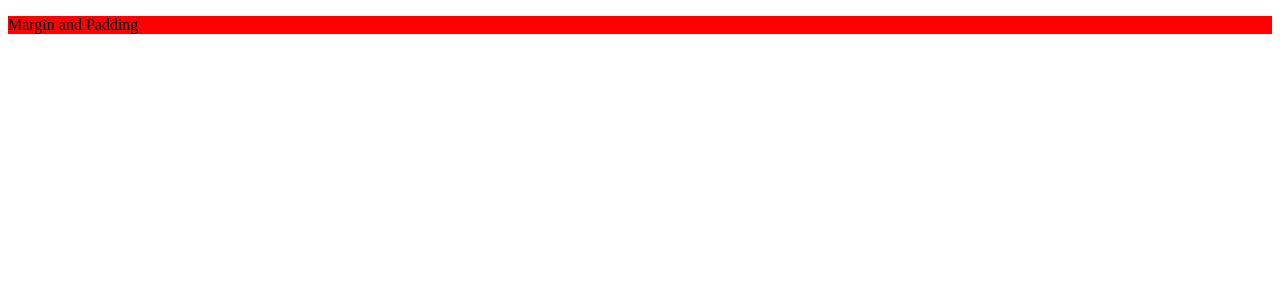
Repository: ntu34543/cut-landing-page-Figma
Page: home.html
An editor plug-in stored every save of this project. The page is shown before and after the next save, followed by the edit.
The browser window is 1280 px wide. The pictures show the whole page.

Above is the page before, as saved 2022-09-12 22:30:59.

### home.html
<!DOCTYPE html>
<html lang="en">

<head>
    <meta charset="UTF-8">
    <meta http-equiv="X-UA-Compatible" content="IE=edge">
    <meta name="viewport" content="width=device-width, initial-scale=1.0">
    <title>Document</title>
    <script type="module"
        src="https://unpkg.com/ionicons@5.5.2/dist/ionicons/ionicons.esm.js"></script>
    <script nomodule src="https://unpkg.com/ionicons@5.5.2/dist/ionicons/ionicons.js"></script>
    <style>
        .div1 {
            background-color: red;
            width: 200px;
            height: 200px;
            /* display: flex;
            align-items: center; */
        }

        .div2 {
            background-color: yellow;
            width: 100px;
            height: 100px;
            /* display: flex;
            align-items: center; */
        }

        .div3 {
            background-color: blue;
            width: 100px;
            height: 100px;
        }

        .div4 {
            background-color: pink;
            width: 50px;
            height: 50px;
            display: flex;
            align-items: center;
        }

        .div5 {
            background-color: black;
            width: 50px;
            height: 50px;
        }

        .div6 {
            background-color: red;
            width: 30px;
            height: 30px;
            display: flex;
            justify-content: center;
            align-items: center;
        }

        .div7 {
            background-color: black;
            width: 30px;
            height: 30px;
        }

        .div8 {
            background-color: white;
            width: 10px;
            height: 10px;
        }

        .div9 {
            background-color: purple;
            width: 10px;
            height: 10px;
        }

        .p {
            /* margin: 113px; */
            box-sizing: border-box;
            padding: 53px;
            background-color: red;
            width: 150px;
            height: 150px;
            border: 5px solid black;
        }

        /* Form focus */
        .form-input {
            padding: 0 20px;
            border: 1px solid #eee;
            border-radius: 4px;
            width: 100%;
            height: 50px;
            transition: 0.25s ease;
        }

        .form-input:focus {
            border-color: #6a5af9;
        }

        .form-field {
            top: 50px;
            position: relative;
        }

        .form-label {
            position: absolute;
            top: 50%;
            transform: translateY(-50%);
            left: 21px;
            user-select: none;
            color: #999;
            pointer-events: none;
            transition: 0.25s ease;
        }

        .form-input:not(:placeholder-shown)+.form-label,
        .form-input:focus+.form-label {
            top: 0;
            pad: 0 10px;
            display: inline-block;
            background-color: white;
            color: #6a5af9;
        }

        /* menu */
        .menu {
            margin-top: 80px;
            background-color: #18273b;
            padding: 50px 0 50px 15px;
            border-radius: 16px;
            width: 200px;
        }

        .menu-item {
            padding: 15px;
            border-radius: 12px 0 0 12px;
            display: block;
            color: white;
            font-size: 16px;
            cursor: pointer;
            position: relative;
            margin-bottom: 10px;
        }

        .menu-item.active::before {
            content: "";
            width: 20px;
            height: 20px;
            background-color: #18273b;
            position: absolute;
            top: 0;
            right: 0;
            border-radius: 50%;
            transform: translateY(-100%);
            box-shadow: 10px 10px 0 0 white;
        }

        .menu-item.active::after {
            content: "";
            width: 20px;
            height: 20px;
            background-color: #18273b;
            position: absolute;
            bottom: 0;
            right: 0;
            border-radius: 50%;
            transform: translateY(100%);
            box-shadow: 10px -10px 0 0 white;
        }

        .menu-item.active {
            background-color: #fff;
            color: #624FFC;
        }

        .menu-item span {
            display: inline-block;
            margin-left: 10px;
        }

        .dessss{
            /* padding: 23px; */
            /* margin: 23px; */
            background-color: red;
        }
    </style>
</head>

<body>
    <p class="dessss">Margin and Padding</p>
    <!-- <h1 class="des">Margin and Padding</h1>
    <button>dfafsfds</button> -->
    <!-- <div class="form-field">
        <input type="text" class="form-input" placeholder=" ">
        <label for="name" class="form-label">Name</label>
    </div> -->
    <!-- <ul class="menu">
        <li class="menu-item active">
            <ion-icon name="home-outline"></ion-icon>
            <span class="menu-text">Dashboard</span>
        </li>
        <li class="menu-item">
            <ion-icon name="bar-chart-outline"></ion-icon>
            <span class="menu-text">Report</span>
        </li>
        <li class="menu-item">
            <ion-icon name="people-outline"></ion-icon>
            <span class="menu-text">User</span>
        </li>
    </ul> -->
    <!-- <p class="p"></p> -->
    <!-- <div class="div1">
        <div class="div2">
            <div class="div4">
            </div>
            <div class="div5"></div>
        </div>
        <div class="div3"></div>
    </div> -->
    <!-- <div class="header-container">
        <img srcset="./images/logo.png 2x" alt="">
        <ul class="menu">
            <li class="menu-item">
                <a href="#" class="menu-link">About</a>
            </li>
            <li class="menu-item">
                <a href="#" class="menu-link">Features</a>
            </li>
            <li class="menu-item">
                <a href="#" class="menu-link">Pricing</a>
            </li>
            <li class="menu-item">
                <a href="#" class="menu-link">Testimonials</a>
            </li>
            <li class="menu-item">
                <a href="#" class="menu-link">Help</a>
            </li>
        </ul>
        <div class="header-auth">
            <a href="#" class="header-signin">Sign In</a>
            <a href="#" class="button button--outline" style="padding: 13px 44px;">Sign Up</a>
        </div>
    </div> -->
    <script>
        const menuItems = document.querySelectorAll(".menu-item");
        menuItems.forEach(item => item.addEventListener("click", function (event) {
            menuItems.forEach(el => el.classList.remove("active"));
            event.target.classList.add("active");
        }));
    </script>
</body>

</html>

After the next save:
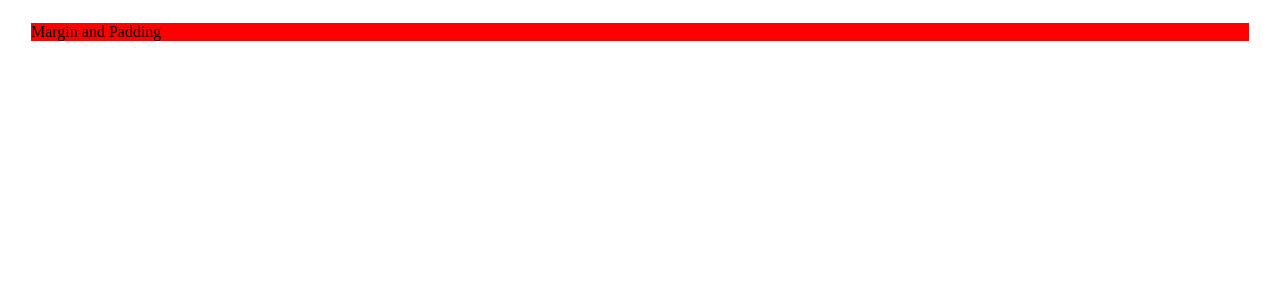
Saved 49 s later.
--- a/home.html
+++ b/home.html
@@ -180,7 +180,7 @@
 
         .dessss{
             /* padding: 23px; */
-            /* margin: 23px; */
+            margin: 23px;
             background-color: red;
         }
     </style>
